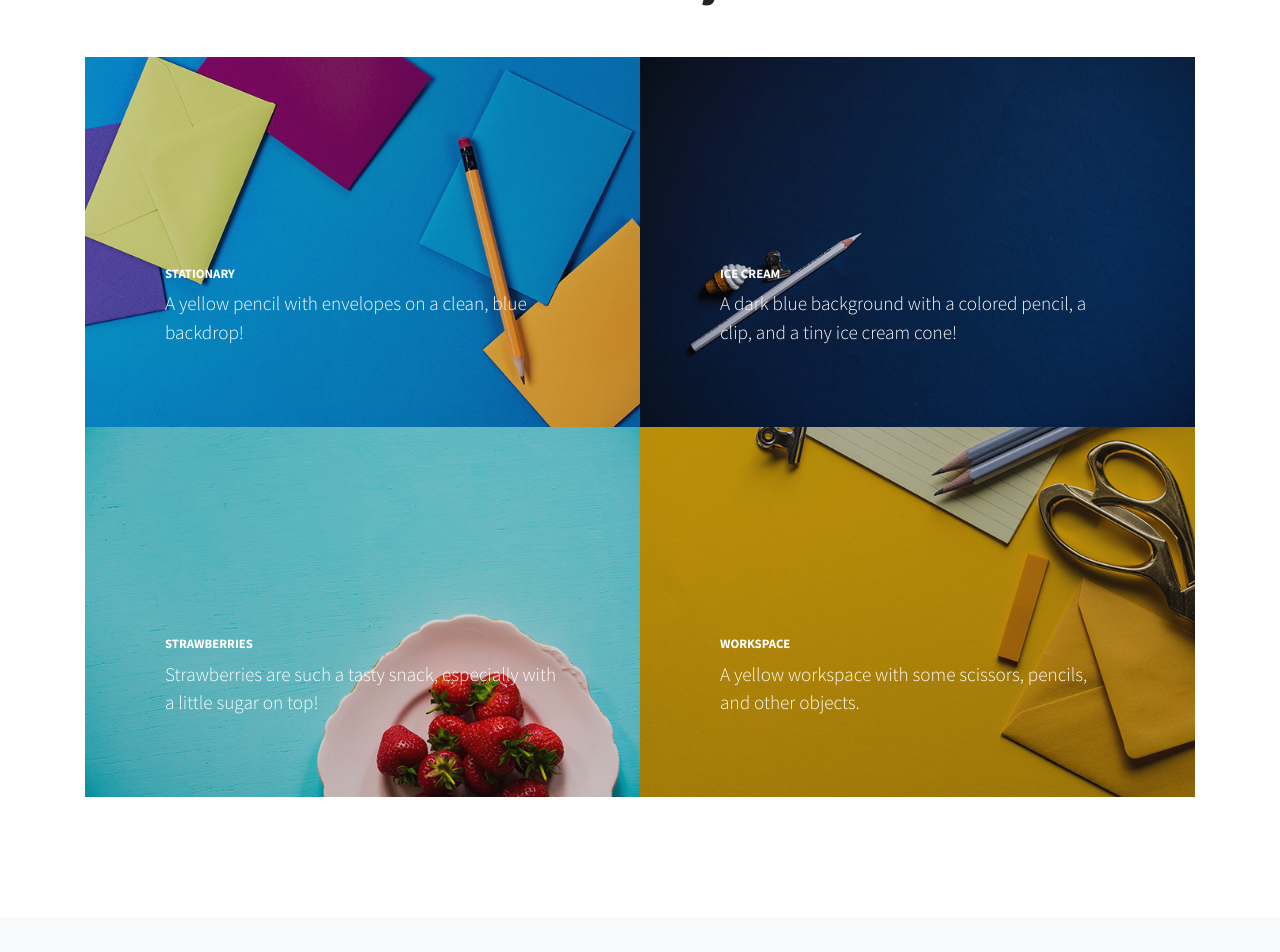
Repository: Williams94/Williams94.github.io
Page: index.html
An editor plug-in stored every save of this project. The page is shown before and after the next save, followed by the edit.
The browser window is 1280 px wide. The pictures show the part of the page from y = 963 to 1915 px (the page is 3520 px tall).
A picture or video elsewhere on the page could not be fetched, so the positions and the page height are approximate.

Above is the page before, as saved 2019-07-06 14:08:00.

### index.html
<!DOCTYPE html>
<html lang="en">

<head>

  <meta charset="utf-8">
  <meta name="viewport" content="width=device-width, initial-scale=1, shrink-to-fit=no">
  <meta name="description" content="">
  <meta name="author" content="">

  <title>Ross Williams</title>

  <!-- Bootstrap Core CSS -->
  <link href="vendor/bootstrap/css/bootstrap.min.css" rel="stylesheet">

  <!-- Custom Fonts -->
  <link href="vendor/fontawesome-free/css/all.min.css" rel="stylesheet" type="text/css">
  <link href="https://fonts.googleapis.com/css?family=Source+Sans+Pro:300,400,700,300italic,400italic,700italic"
    rel="stylesheet" type="text/css">
  <link href="vendor/simple-line-icons/css/simple-line-icons.css" rel="stylesheet">

  <!-- Custom CSS -->
  <link href="css/stylish-portfolio.css" rel="stylesheet">
  <link href="css/custom.css" rel="stylesheet">
  <!-- <link href="css/new-age.min.css" rel="stylesheet"> -->

</head>

<body id="page-top">

  <!-- Navigation -->
  <nav class="navbar navbar-expand-lg navbar-light fixed-top" id="mainNav">
    <div class="container">
      <a class="navbar-brand js-scroll-trigger" href="#page-top">Ross Williams</a>
      <button class="navbar-toggler navbar-toggler-right" type="button" data-toggle="collapse"
        data-target="#navbarResponsive" aria-controls="navbarResponsive" aria-expanded="false"
        aria-label="Toggle navigation">
        Menu
        <i class="fas fa-bars"></i>
      </button>
      <div class="collapse navbar-collapse" id="navbarResponsive">
        <ul class="navbar-nav ml-auto">
          <li class="nav-item">
            <a class="nav-link js-scroll-trigger" href="#about">About</a>
          </li>
          <li class="nav-item">
            <a class="nav-link js-scroll-trigger" href="#portfolio">Portfolio</a>
          </li>
          <li class="nav-item">
            <a class="nav-link js-scroll-trigger" href="#services">Services</a>
          </li>
          <li class="nav-item">
            <a class="nav-link js-scroll-trigger" href="#contact">Contact</a>
          </li>
        </ul>
      </div>
    </div>
  </nav>

  <!-- Header -->
  <header class="masthead">
    <div class="container h-100">
      <div class="row h-100">
        <div class="col-lg-7 my-auto">
          <div class="header-content mx-auto">
            <h1 class="mb-5">Welcome, please take a look at my previous projects and the services I offer.</h1>
          </div>
        </div>
        <div class="col-lg-5 my-auto">
          <div class="device-container">
            <div class="device-mockup iphone6_plus portrait white">
              <div class="device">
                <div class="screen">
                  <!-- Demo image for screen mockup, you can put an image here, some HTML, an animation, video, or anything else! -->
                  <img src="img/demo-screen-1.jpg" class="img-fluid" alt="">
                </div>
                <div class="button">
                  <!-- You can hook the "home button" to some JavaScript events or just remove it -->
                </div>
              </div>
            </div>
          </div>
        </div>
      </div>
    </div>
  </header>

  <!-- Portfolio -->
  <section class="content-section" id="portfolio">
    <div class="container">
      <div class="content-section-heading text-center">
        <h3 class="text-secondary mb-0">Portfolio</h3>
        <h2 class="mb-5">Recent Projects</h2>
      </div>
      <div class="row no-gutters">
        <div class="col-lg-6">
          <a class="portfolio-item" href="#">
            <span class="caption">
              <span class="caption-content">
                <h2>Stationary</h2>
                <p class="mb-0">A yellow pencil with envelopes on a clean, blue backdrop!</p>
              </span>
            </span>
            <img class="img-fluid" src="img/portfolio-1.jpg" alt="">
          </a>
        </div>
        <div class="col-lg-6">
          <a class="portfolio-item" href="#">
            <span class="caption">
              <span class="caption-content">
                <h2>Ice Cream</h2>
                <p class="mb-0">A dark blue background with a colored pencil, a clip, and a tiny ice cream cone!</p>
              </span>
            </span>
            <img class="img-fluid" src="img/portfolio-2.jpg" alt="">
          </a>
        </div>
        <div class="col-lg-6">
          <a class="portfolio-item" href="#">
            <span class="caption">
              <span class="caption-content">
                <h2>Strawberries</h2>
                <p class="mb-0">Strawberries are such a tasty snack, especially with a little sugar on top!</p>
              </span>
            </span>
            <img class="img-fluid" src="img/portfolio-3.jpg" alt="">
          </a>
        </div>
        <div class="col-lg-6">
          <a class="portfolio-item" href="#">
            <span class="caption">
              <span class="caption-content">
                <h2>Workspace</h2>
                <p class="mb-0">A yellow workspace with some scissors, pencils, and other objects.</p>
              </span>
            </span>
            <img class="img-fluid" src="img/portfolio-4.jpg" alt="">
          </a>
        </div>
      </div>
    </div>
  </section>

  <!-- About -->
  <section class="content-section bg-light" id="about">
    <div class="container text-center">
      <div class="row">
        <div class="col-lg-10 mx-auto">
          <h2>Ross Williams - Software Engineer</h2>
          <p class="lead mb-5">Full Stack Web Developer with 3 years of experience in React, Node.js, Laravel, Vue.js.
            Please have a look at the <a href="#services">services I offer</a> and <a href="#contact">get in touch</a>
            if you neded my help with anything or have any new opportunities.
          </p>
        </div>
      </div>
    </div>
  </section>

  <!-- Services -->
  <section class="content-section bg-primary text-white text-center" id="services">
    <div class="container">
      <div class="content-section-heading">
        <h3 class="text-secondary mb-0">Services</h3>
        <h2 class="mb-5">What I Offer</h2>
      </div>
      <div class="row">
        <div class="col-lg-3 col-md-6 mb-5 mb-md-0">
          <span class="service-icon rounded-circle mx-auto mb-3">
            <i class="icon-screen-desktop"></i>
          </span>
          <h4>
            <strong>Web Development</strong>
          </h4>
          <p class="text-faded mb-0">Modern web application development.
        </div>
        <div class="col-lg-3 col-md-6 mb-5 mb-lg-0">
          <span class="service-icon rounded-circle mx-auto mb-3">
            <i class="icon-pencil"></i>
          </span>
          <h4>
            <strong>UX Design</strong>
          </h4>
          <p class="text-faded mb-0">User Experience Design of application functionality.</p>
        </div>
        <div class="col-lg-3 col-md-6 mb-5 mb-lg-0">
          <span class="service-icon rounded-circle mx-auto mb-3">
            <i class="icon-screen-smartphone"></i>
          </span>
          <h4>
            <strong>Responsive</strong>
          </h4>
          <p class="text-faded mb-0">Development of responsive web applications that work on mobile.</p>
        </div>
        <div class="col-lg-3 col-md-6">
          <span class="service-icon rounded-circle mx-auto mb-3">
            <i class="icon-people"></i>
          </span>
          <h4>
            <strong>Consulting</strong>
          </h4>
          <p class="text-faded mb-0">Consult a real developer about your technical project.</p>
        </div>
      </div>
    </div>
  </section>

  <!-- Call to Action -->
  <section class="content-section bg-primary text-white" id="contact">
    <div class="container text-center">
      <h2 class="mb-4">Please get in touch!</h2>
      <a href="mailto:r.b.williams94@gmail.com" class="btn btn-xl btn-light">
        <div class="email-me-button-container">
          <i class="icon-envelope icon-envelope-button"></i>Email
        </div>
      </a>
    </div>
  </section>

  <!-- Map -->
  <!-- <section id="contact" class="map">
    <iframe width="100%" height="100%" frameborder="0" scrolling="no" marginheight="0" marginwidth="0"
      src="https://maps.google.com/maps?f=q&amp;source=s_q&amp;hl=en&amp;geocode=&amp;q=Twitter,+Inc.,+Market+Street,+San+Francisco,+CA&amp;aq=0&amp;oq=twitter&amp;sll=28.659344,-81.187888&amp;sspn=0.128789,0.264187&amp;ie=UTF8&amp;hq=Twitter,+Inc.,+Market+Street,+San+Francisco,+CA&amp;t=m&amp;z=15&amp;iwloc=A&amp;output=embed"></iframe>
    <br />
    <small>
      <a
        href="https://maps.google.com/maps?f=q&amp;source=embed&amp;hl=en&amp;geocode=&amp;q=Twitter,+Inc.,+Market+Street,+San+Francisco,+CA&amp;aq=0&amp;oq=twitter&amp;sll=28.659344,-81.187888&amp;sspn=0.128789,0.264187&amp;ie=UTF8&amp;hq=Twitter,+Inc.,+Market+Street,+San+Francisco,+CA&amp;t=m&amp;z=15&amp;iwloc=A"></a>
    </small>
  </section> -->

  <!-- Footer -->
  <footer class="footer text-center">
    <div class="container">
      <ul class="list-inline mb-5">
        <li class="list-inline-item">
          <a class="social-link rounded-circle text-white" href="https://github.com/Williams94">
            <i class="icon-social-github"></i>
          </a>
        </li>
        <li class="list-inline-item">
          <a class="social-link rounded-circle text-white" href="mailto:r.b.williams94@gmail.com">
            <i class="icon-envelope"></i>
          </a>
        </li>
      </ul>
      <p class="text-muted small mb-0">Copyright &copy; Ross Williams 2019</p>
    </div>
  </footer>

  <!-- Scroll to Top Button-->
  <a class="scroll-to-top rounded js-scroll-trigger" href="#page-top">
    <i class="fas fa-angle-up"></i>
  </a>

  <!-- Bootstrap core JavaScript -->
  <script src="vendor/jquery/jquery.min.js"></script>
  <script src="vendor/bootstrap/js/bootstrap.bundle.min.js"></script>

  <!-- Plugin JavaScript -->
  <script src="vendor/jquery-easing/jquery.easing.min.js"></script>

  <!-- Custom scripts for this template -->
  <script src="js/stylish-portfolio.min.js"></script>

</body>

</html>

### css/stylish-portfolio.css
/*!
 * Start Bootstrap - Stylish Portfolio v5.0.6 (https://startbootstrap.com/template-overviews/stylish-portfolio)
 * Copyright 2013-2019 Start Bootstrap
 * Licensed under MIT (https://github.com/BlackrockDigital/startbootstrap-stylish-portfolio/blob/master/LICENSE)
 */

body,
html {
  width: 100%;
  height: 100%;
}

body {
  font-family: "Source Sans Pro";
}

.btn-xl {
  padding: 1.25rem 2.5rem;
}

.content-section {
  padding-top: 7.5rem;
  padding-bottom: 7.5rem;
}

.content-section-heading h2 {
  font-size: 3rem;
}

.content-section-heading h3 {
  font-size: 1rem;
  text-transform: uppercase;
}

h1,
h2,
h3,
h4,
h5,
h6 {
  font-weight: 700;
}

.text-faded {
  color: rgba(255, 255, 255, 0.7);
}

/* Map */
.map {
  height: 30rem;
}

@media (max-width: 992px) {
  .map {
    height: 75%;
  }
}

.map iframe {
  pointer-events: none;
}

.scroll-to-top {
  position: fixed;
  right: 15px;
  bottom: 15px;
  display: none;
  width: 50px;
  height: 50px;
  text-align: center;
  color: white;
  background: rgba(52, 58, 64, 0.5);
  line-height: 45px;
}

.scroll-to-top:focus,
.scroll-to-top:hover {
  color: white;
}

.scroll-to-top:hover {
  background: #343a40;
}

.scroll-to-top i {
  font-weight: 800;
}

.masthead {
  min-height: 30rem;
  position: relative;
  display: table;
  width: 100%;
  height: auto;
  padding-top: 8rem;
  padding-bottom: 8rem;
  background: -webkit-gradient(
      linear,
      left top,
      right top,
      from(rgba(255, 255, 255, 0.1)),
      to(rgba(255, 255, 255, 0.1))
    ),
    url("../img/bg-masthead.jpg");
  background: linear-gradient(
      90deg,
      rgba(255, 255, 255, 0.1) 0%,
      rgba(255, 255, 255, 0.1) 100%
    ),
    url("../img/bg-masthead.jpg");
  background-position: center center;
  background-repeat: no-repeat;
  background-size: cover;
}

.masthead h1 {
  font-size: 4rem;
  margin: 0;
  padding: 0;
}

@media (min-width: 992px) {
  .masthead {
    height: 100vh;
  }
  .masthead h1 {
    font-size: 5.5rem;
  }
}

/* Side Menu */
#sidebar-wrapper {
  position: fixed;
  z-index: 2;
  right: 0;
  width: 250px;
  height: 100%;
  -webkit-transition: all 0.4s ease 0s;
  transition: all 0.4s ease 0s;
  -webkit-transform: translateX(250px);
  transform: translateX(250px);
  background: #1d809f;
  border-left: 1px solid rgba(255, 255, 255, 0.1);
}

.sidebar-nav {
  position: absolute;
  top: 0;
  width: 250px;
  margin: 0;
  padding: 0;
  list-style: none;
}

.sidebar-nav li.sidebar-nav-item a {
  display: block;
  text-decoration: none;
  color: #fff;
  padding: 15px;
}

.sidebar-nav li a:hover {
  text-decoration: none;
  color: #fff;
  background: rgba(255, 255, 255, 0.2);
}

.sidebar-nav li a:active,
.sidebar-nav li a:focus {
  text-decoration: none;
}

.sidebar-nav > .sidebar-brand {
  font-size: 1.2rem;
  background: rgba(52, 58, 64, 0.1);
  height: 80px;
  line-height: 50px;
  padding-top: 15px;
  padding-bottom: 15px;
  padding-left: 15px;
}

.sidebar-nav > .sidebar-brand a {
  color: #fff;
}

.sidebar-nav > .sidebar-brand a:hover {
  color: #fff;
  background: none;
}

#sidebar-wrapper.active {
  right: 250px;
  width: 250px;
  -webkit-transition: all 0.4s ease 0s;
  transition: all 0.4s ease 0s;
}

.menu-toggle {
  position: fixed;
  right: 15px;
  top: 15px;
  width: 50px;
  height: 50px;
  text-align: center;
  color: #fff;
  background: rgba(52, 58, 64, 0.5);
  line-height: 50px;
  z-index: 999;
}

.menu-toggle:focus,
.menu-toggle:hover {
  color: #fff;
}

.menu-toggle:hover {
  background: #343a40;
}

.service-icon {
  background-color: #fff;
  color: #1d809f;
  height: 7rem;
  width: 7rem;
  display: block;
  line-height: 7.5rem;
  font-size: 2.25rem;
  -webkit-box-shadow: 0 3px 3px 0 rgba(0, 0, 0, 0.1);
  box-shadow: 0 3px 3px 0 rgba(0, 0, 0, 0.1);
}

.callout {
  padding: 15rem 0;
  background: -webkit-gradient(
      linear,
      left top,
      right top,
      from(rgba(255, 255, 255, 0.1)),
      to(rgba(255, 255, 255, 0.1))
    ),
    url("../img/bg-callout.jpg");
  background: linear-gradient(
      90deg,
      rgba(255, 255, 255, 0.1) 0%,
      rgba(255, 255, 255, 0.1) 100%
    ),
    url("../img/bg-callout.jpg");
  background-position: center center;
  background-repeat: no-repeat;
  background-size: cover;
}

.callout h2 {
  font-size: 3.5rem;
  font-weight: 700;
  display: block;
  max-width: 30rem;
}

.portfolio-item {
  display: block;
  position: relative;
  overflow: hidden;
  max-width: 530px;
  margin: auto auto 1rem;
}

.portfolio-item .caption {
  display: -webkit-box;
  display: -ms-flexbox;
  display: flex;
  height: 100%;
  width: 100%;
  background-color: rgba(33, 37, 41, 0.2);
  position: absolute;
  top: 0;
  bottom: 0;
  z-index: 1;
}

.portfolio-item .caption .caption-content {
  color: #fff;
  margin: auto 2rem 2rem;
}

.portfolio-item .caption .caption-content h2 {
  font-size: 0.8rem;
  text-transform: uppercase;
}

.portfolio-item .caption .caption-content p {
  font-weight: 300;
  font-size: 1.2rem;
}

@media (min-width: 992px) {
  .portfolio-item {
    max-width: none;
    margin: 0;
  }
  .portfolio-item .caption {
    -webkit-transition: -webkit-clip-path 0.25s ease-out, background-color 0.7s;
    -webkit-clip-path: inset(0px);
    clip-path: inset(0px);
  }
  .portfolio-item .caption .caption-content {
    -webkit-transition: opacity 0.25s;
    transition: opacity 0.25s;
    margin-left: 5rem;
    margin-right: 5rem;
    margin-bottom: 5rem;
  }
  .portfolio-item img {
    -webkit-transition: -webkit-clip-path 0.25s ease-out;
    -webkit-clip-path: inset(-1px);
    clip-path: inset(-1px);
  }
  .portfolio-item:hover img {
    -webkit-clip-path: inset(2rem);
    clip-path: inset(2rem);
  }
  .portfolio-item:hover .caption {
    background-color: rgba(29, 128, 159, 0.9);
    -webkit-clip-path: inset(2rem);
    clip-path: inset(2rem);
  }
}

footer.footer {
  padding-top: 5rem;
  padding-bottom: 5rem;
}

footer.footer .social-link {
  display: block;
  height: 4rem;
  width: 4rem;
  line-height: 4.3rem;
  font-size: 1.5rem;
  background-color: #1d809f;
  -webkit-transition: background-color 0.15s ease-in-out;
  transition: background-color 0.15s ease-in-out;
  -webkit-box-shadow: 0 3px 3px 0 rgba(0, 0, 0, 0.1);
  box-shadow: 0 3px 3px 0 rgba(0, 0, 0, 0.1);
}

footer.footer .social-link:hover {
  background-color: #155d74;
  text-decoration: none;
}

a {
  color: #1d809f;
}

a:hover,
a:focus,
a:active {
  color: #155d74;
}

.btn-primary {
  background-color: #1d809f !important;
  border-color: #1d809f !important;
  color: #fff !important;
}

.btn-primary:hover,
.btn-primary:focus,
.btn-primary:active {
  background-color: #155d74 !important;
  border-color: #155d74 !important;
}

.btn-secondary {
  background-color: #ecb807 !important;
  border-color: #ecb807 !important;
  color: #fff !important;
}

.btn-secondary:hover,
.btn-secondary:focus,
.btn-secondary:active {
  background-color: #ba9106 !important;
  border-color: #ba9106 !important;
}

.btn-dark {
  color: #fff !important;
}

.btn {
  -webkit-box-shadow: 0px 3px 3px 0px rgba(0, 0, 0, 0.1);
  box-shadow: 0px 3px 3px 0px rgba(0, 0, 0, 0.1);
  font-weight: 700;
}

.bg-primary {
  background-color: #1d809f !important;
}

.text-primary {
  color: #1d809f !important;
}

.text-secondary {
  color: #ecb807 !important;
}

#mainNav {
  border-color: rgba(34, 34, 34, 0.05);
  background-color: white;
  -webkit-transition: all 0.35s;
  transition: all 0.35s;
  font-family: "Catamaran", "Helvetica", "Arial", "sans-serif";
  font-weight: 200;
  letter-spacing: 1px;
}

#mainNav .navbar-brand {
  color: #fdcc52;
  font-family: "Catamaran", "Helvetica", "Arial", "sans-serif";
  font-weight: 200;
  letter-spacing: 1px;
}

#mainNav .navbar-brand:hover,
#mainNav .navbar-brand:focus {
  color: #fcbd20;
}

#mainNav .navbar-toggler {
  font-size: 12px;
  padding: 8px 10px;
  color: #222222;
}

#mainNav .navbar-nav > li > a {
  font-size: 11px;
  font-family: "Lato", "Helvetica", "Arial", "sans-serif";
  letter-spacing: 2px;
  text-transform: uppercase;
}

#mainNav .navbar-nav > li > a.active {
  color: #fdcc52 !important;
  background-color: transparent;
}

#mainNav .navbar-nav > li > a.active:hover {
  background-color: transparent;
}

#mainNav .navbar-nav > li > a,
#mainNav .navbar-nav > li > a:focus {
  color: #222222;
}

#mainNav .navbar-nav > li > a:hover,
#mainNav .navbar-nav > li > a:focus:hover {
  color: #fdcc52;
}

@media (min-width: 992px) {
  #mainNav {
    border-color: transparent;
    background-color: transparent;
  }
  #mainNav .navbar-brand {
    color: fade(white, 70%);
  }
  #mainNav .navbar-brand:hover,
  #mainNav .navbar-brand:focus {
    color: white;
  }
  #mainNav .navbar-nav > li > a,
  #mainNav .navbar-nav > li > a:focus {
    color: rgba(255, 255, 255, 0.7);
  }
  #mainNav .navbar-nav > li > a:hover,
  #mainNav .navbar-nav > li > a:focus:hover {
    color: white;
  }
  #mainNav.navbar-shrink {
    border-color: rgba(34, 34, 34, 0.1);
    background-color: white;
  }
  #mainNav.navbar-shrink .navbar-brand {
    color: #222222;
  }
  #mainNav.navbar-shrink .navbar-brand:hover,
  #mainNav.navbar-shrink .navbar-brand:focus {
    color: #fdcc52;
  }
  #mainNav.navbar-shrink .navbar-nav > li > a,
  #mainNav.navbar-shrink .navbar-nav > li > a:focus {
    color: #222222;
  }
  #mainNav.navbar-shrink .navbar-nav > li > a:hover,
  #mainNav.navbar-shrink .navbar-nav > li > a:focus:hover {
    color: #fdcc52;
  }
}


header.masthead {
  position: relative;
  width: 100%;
  padding-top: 150px;
  padding-bottom: 100px;
  color: white;
  background: url("../img/bg-pattern.png"), #7b4397;
  background: url("../img/bg-pattern.png"), -webkit-gradient(linear, right top, left top, from(#7b4397), to(#dc2430));
  background: url("../img/bg-pattern.png"), linear-gradient(to left, #7b4397, #dc2430);
}

header.masthead .header-content {
  max-width: 500px;
  margin-bottom: 100px;
  text-align: center;
}

header.masthead .header-content h1 {
  font-size: 30px;
}

header.masthead .device-container {
  max-width: 325px;
  margin-right: auto;
  margin-left: auto;
}

header.masthead .device-container .screen img {
  border-radius: 3px;
}

@media (min-width: 992px) {
  header.masthead {
    height: 100vh;
    min-height: 775px;
    padding-top: 0;
    padding-bottom: 0;
  }
  header.masthead .header-content {
    margin-bottom: 0;
    text-align: left;
  }
  header.masthead .header-content h1 {
    font-size: 50px;
  }
  header.masthead .device-container {
    max-width: 325px;
  }
}

### css/custom.css
.icon-envelope-button {
  font-size: 2rem;
  margin-right: 10px;
}

.email-me-button-container {
  display: flex;
  align-items: center;
}

#mainNav {
  position: absolute;
}

Loaded but not shown: vendor/bootstrap/css/bootstrap.min.css (library); vendor/fontawesome-free/css/all.min.css (library); vendor/simple-line-icons/css/simple-line-icons.css (library); vendor/jquery/jquery.min.js (library); vendor/bootstrap/js/bootstrap.bundle.min.js (library); vendor/jquery-easing/jquery.easing.min.js (common file); js/stylish-portfolio.min.js (common file)

After the next save:
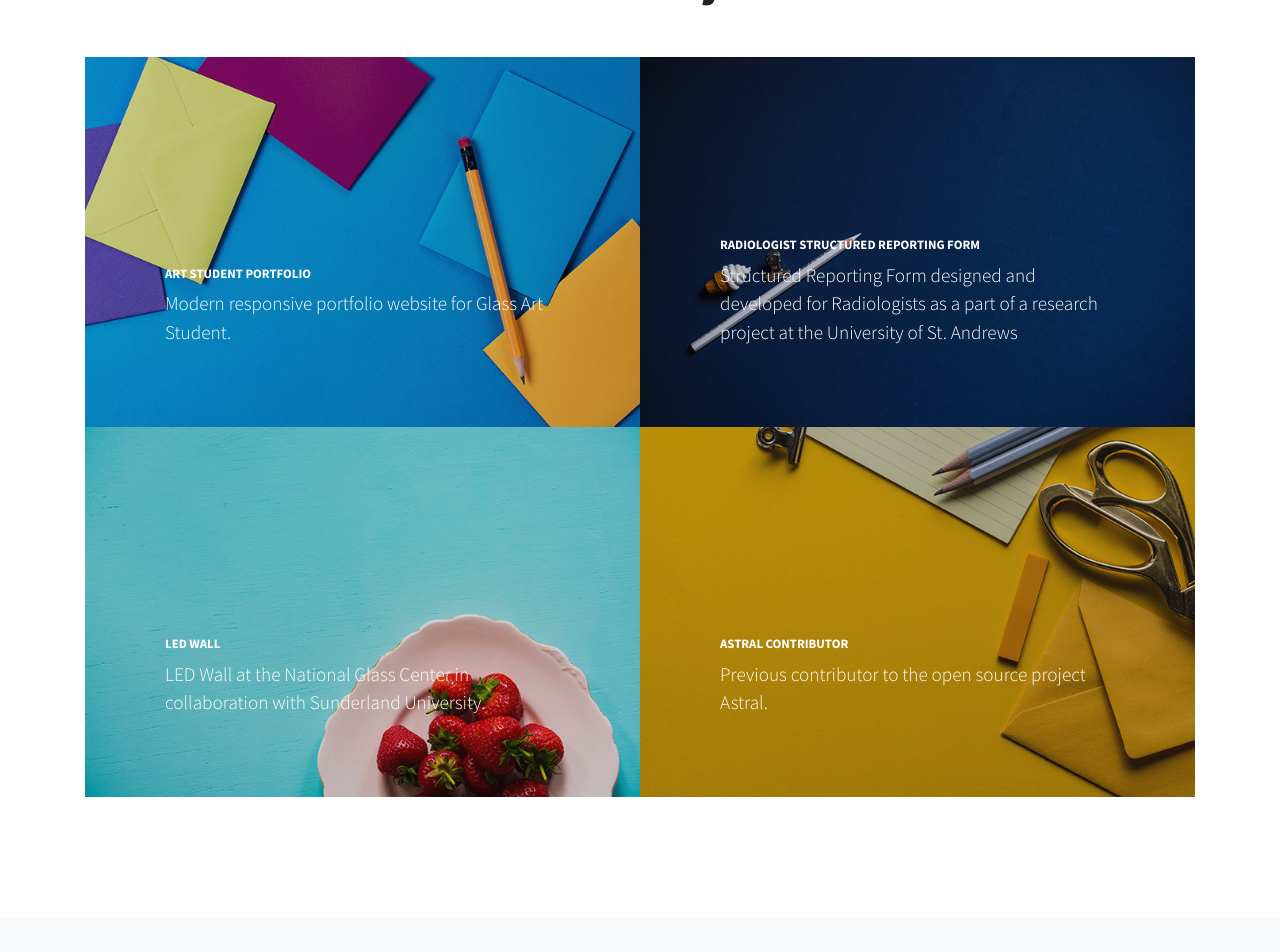
Saved 31 min 4 s later.
--- a/index.html
+++ b/index.html
@@ -97,8 +97,8 @@
           <a class="portfolio-item" href="#">
             <span class="caption">
               <span class="caption-content">
-                <h2>Stationary</h2>
-                <p class="mb-0">A yellow pencil with envelopes on a clean, blue backdrop!</p>
+                <h2>Art Student Portfolio</h2>
+                <p class="mb-0">Modern responsive portfolio website for Glass Art Student.</p>
               </span>
             </span>
             <img class="img-fluid" src="img/portfolio-1.jpg" alt="">
@@ -108,8 +108,9 @@
           <a class="portfolio-item" href="#">
             <span class="caption">
               <span class="caption-content">
-                <h2>Ice Cream</h2>
-                <p class="mb-0">A dark blue background with a colored pencil, a clip, and a tiny ice cream cone!</p>
+                <h2>Radiologist Structured Reporting Form</h2>
+                <p class="mb-0">Structured Reporting Form designed and developed for Radiologists as a part of a
+                  research project at the University of St. Andrews</p>
               </span>
             </span>
             <img class="img-fluid" src="img/portfolio-2.jpg" alt="">
@@ -119,8 +120,8 @@
           <a class="portfolio-item" href="#">
             <span class="caption">
               <span class="caption-content">
-                <h2>Strawberries</h2>
-                <p class="mb-0">Strawberries are such a tasty snack, especially with a little sugar on top!</p>
+                <h2>LED Wall</h2>
+                <p class="mb-0">LED Wall at the National Glass Center in collaboration with Sunderland University.</p>
               </span>
             </span>
             <img class="img-fluid" src="img/portfolio-3.jpg" alt="">
@@ -130,8 +131,8 @@
           <a class="portfolio-item" href="#">
             <span class="caption">
               <span class="caption-content">
-                <h2>Workspace</h2>
-                <p class="mb-0">A yellow workspace with some scissors, pencils, and other objects.</p>
+                <h2>Astral Contributor</h2>
+                <p class="mb-0">Previous contributor to the open source project Astral.</p>
               </span>
             </span>
             <img class="img-fluid" src="img/portfolio-4.jpg" alt="">
